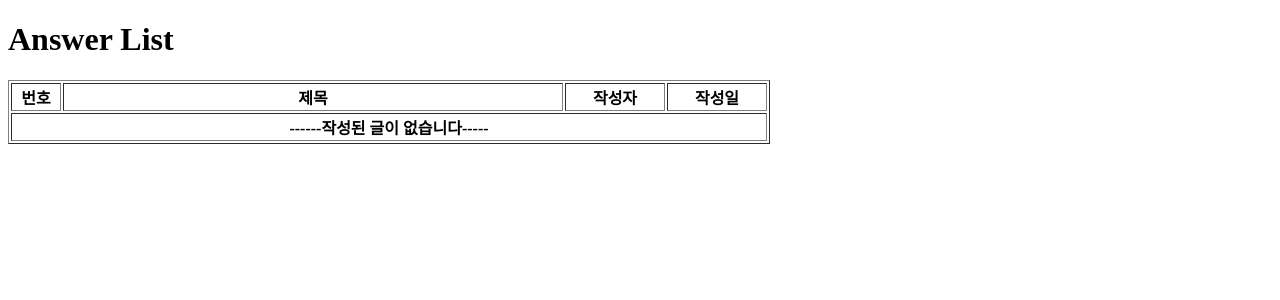
Repository: december-moon/WEB
Page: http://localhost/JSP09_AnswerBoard/
The author's editor kept a copy of each file at every save. The page is drawn from the files as they stood at one save, then again after the next save.
The browser window is 1280 px wide. The pictures show the whole page.
The page is served by Tomcat 9. Queries for data that is not in the repository find no rows.

Above is the page before, as saved 2021-03-03 08:12:02.

After the next save:
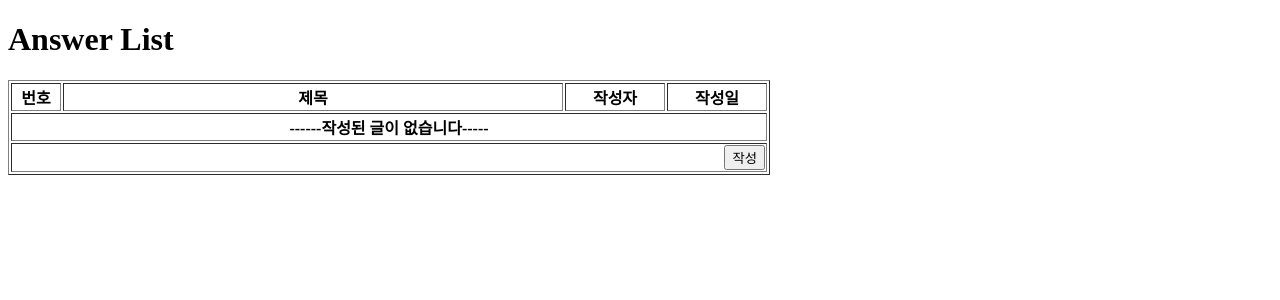
Saved 44 min 52 s later.
--- a/JSP09_AnswerBoard/WebContent/boardlist.jsp
+++ b/JSP09_AnswerBoard/WebContent/boardlist.jsp
@@ -46,8 +46,12 @@
 					</tr>
 				</c:forEach>
 			</c:otherwise>
-
 		</c:choose>
+		<tr>
+			<td colspan="4" align="right">
+				<input type="button" value="작성" onclick="location.href='answer.do?command=insertform'"/>
+			</td>
+		</tr>
 	</table>
 
 </body>
